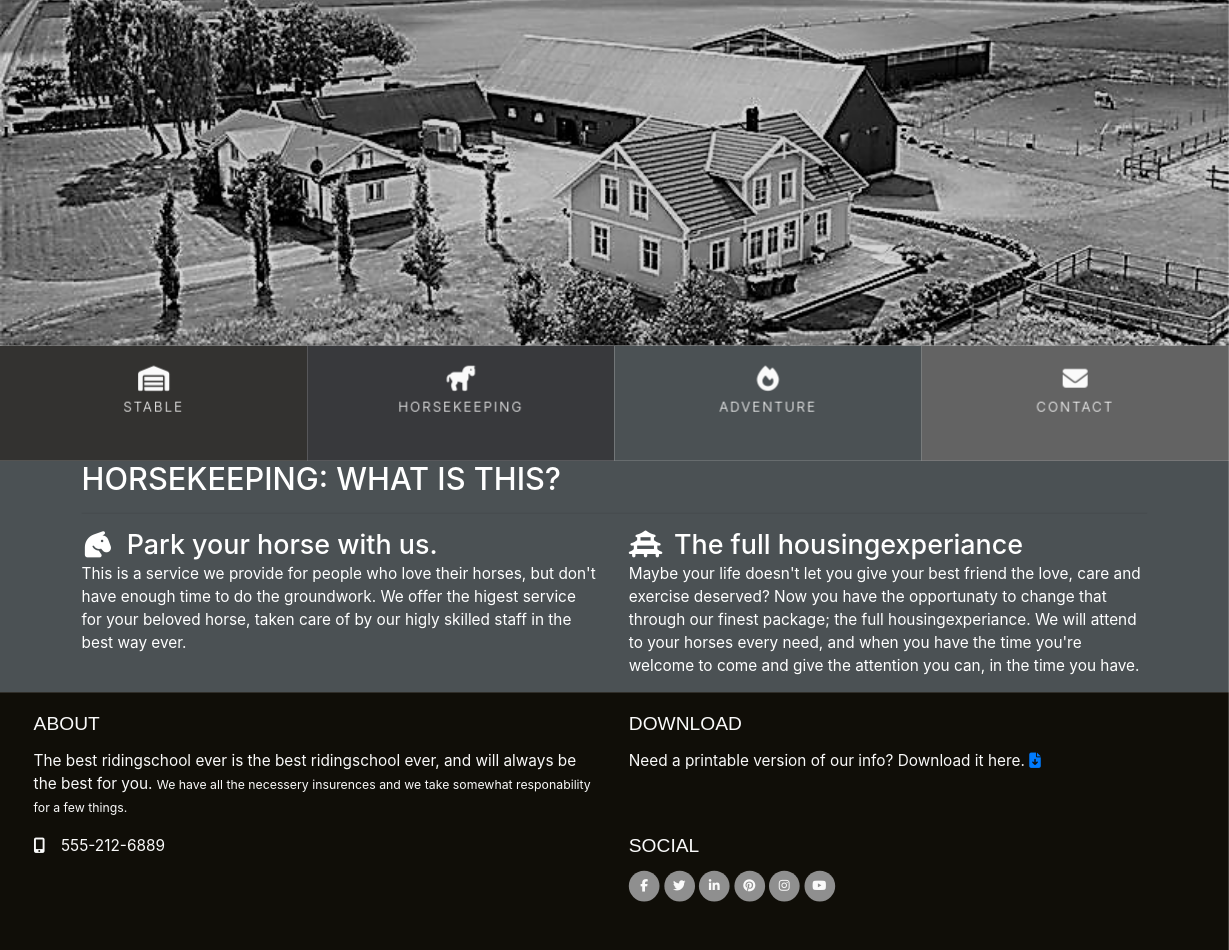
Repository: Jadehammar/frontendmilestone
Page: horsekeeping.html
The author's editor kept a record of every edit. The page is drawn from the files as they stood at one moment, then again after the next edit.
The browser window is 1280 px wide. The pictures show the whole page, at 96% of full size.
Backgrounds fixed to the window are drawn as part of the page. Some web libraries are served in a nearby version.

Above is the page before.

After the next edit:
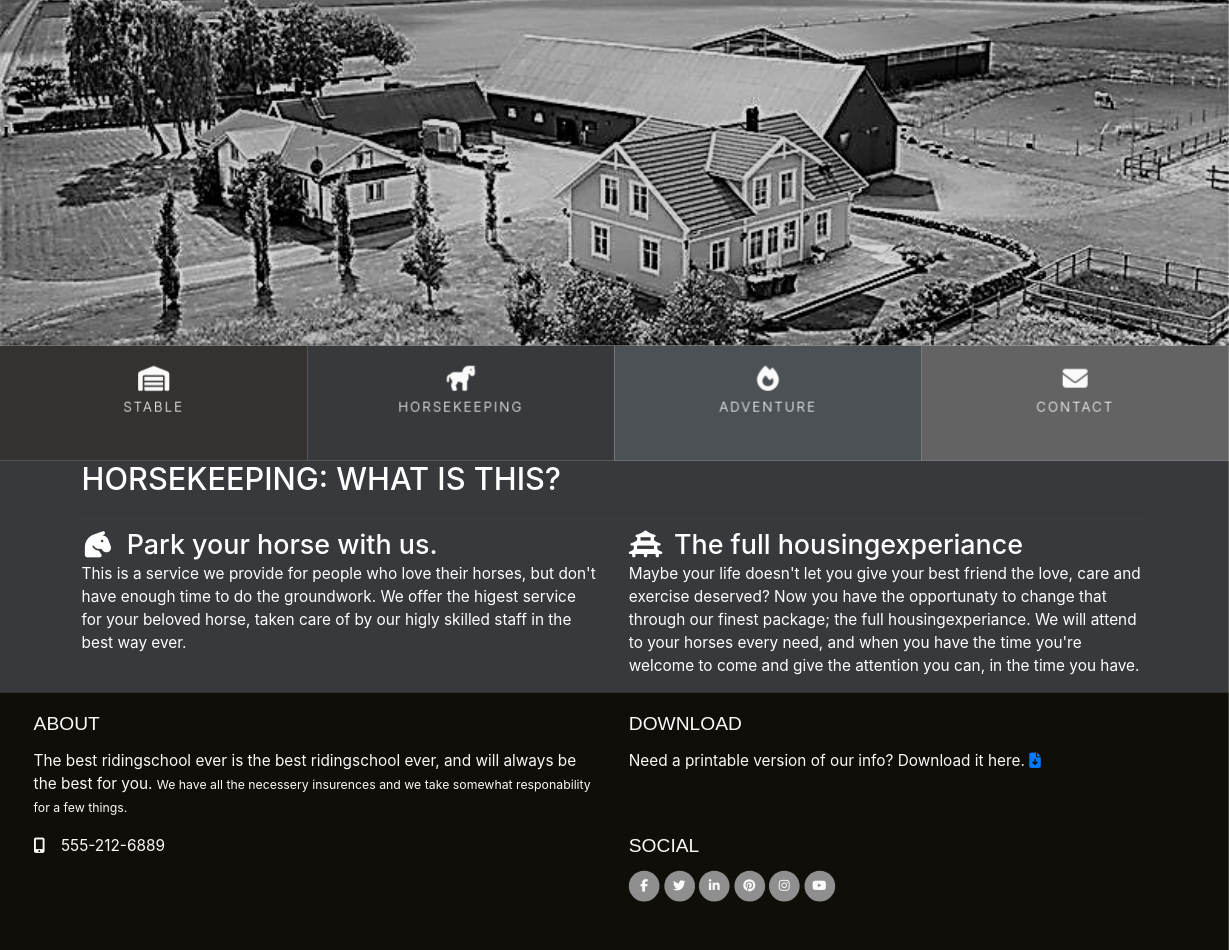
The edit:
--- a/horsekeeping.html
+++ b/horsekeeping.html
@@ -39,7 +39,7 @@
             </div>
         </div>
     </header>
-    <div class="container-wrapper container-wrapper--red">
+    <div class="container-wrapper">
         <div class="container features-container content-container">
             <section class="features">
                 <div class="row">
